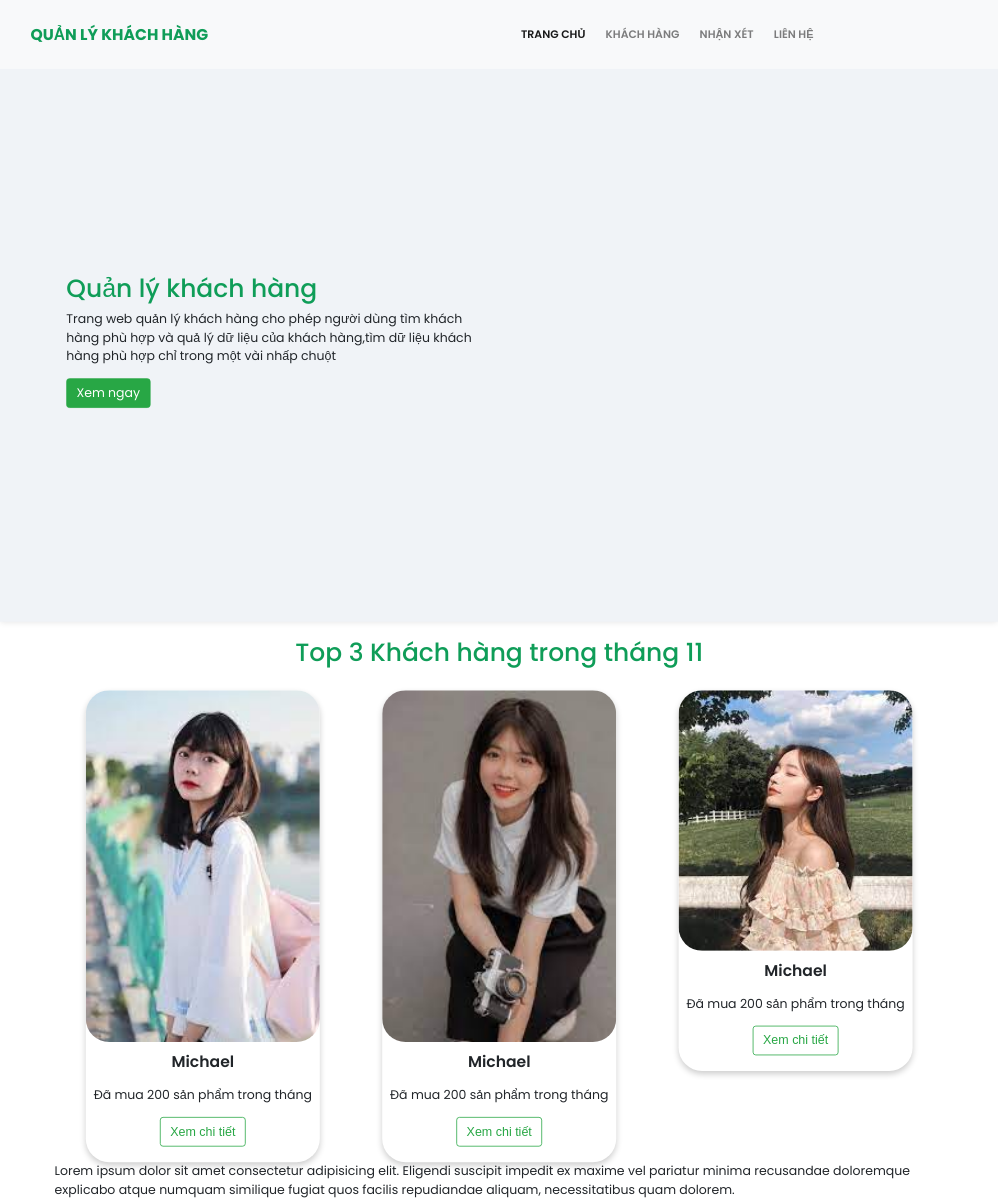
Repository: huutien1904/bt2-ltw
Page: index.html
The author's editor kept a copy of each file at every save. The page is drawn from the files as they stood at one save, then again after the next save.
The browser window is 1280 px wide. The pictures show the whole page, at 78% of full size.

Above is the page before, as saved 2021-11-04 09:06:04.

After the next save:
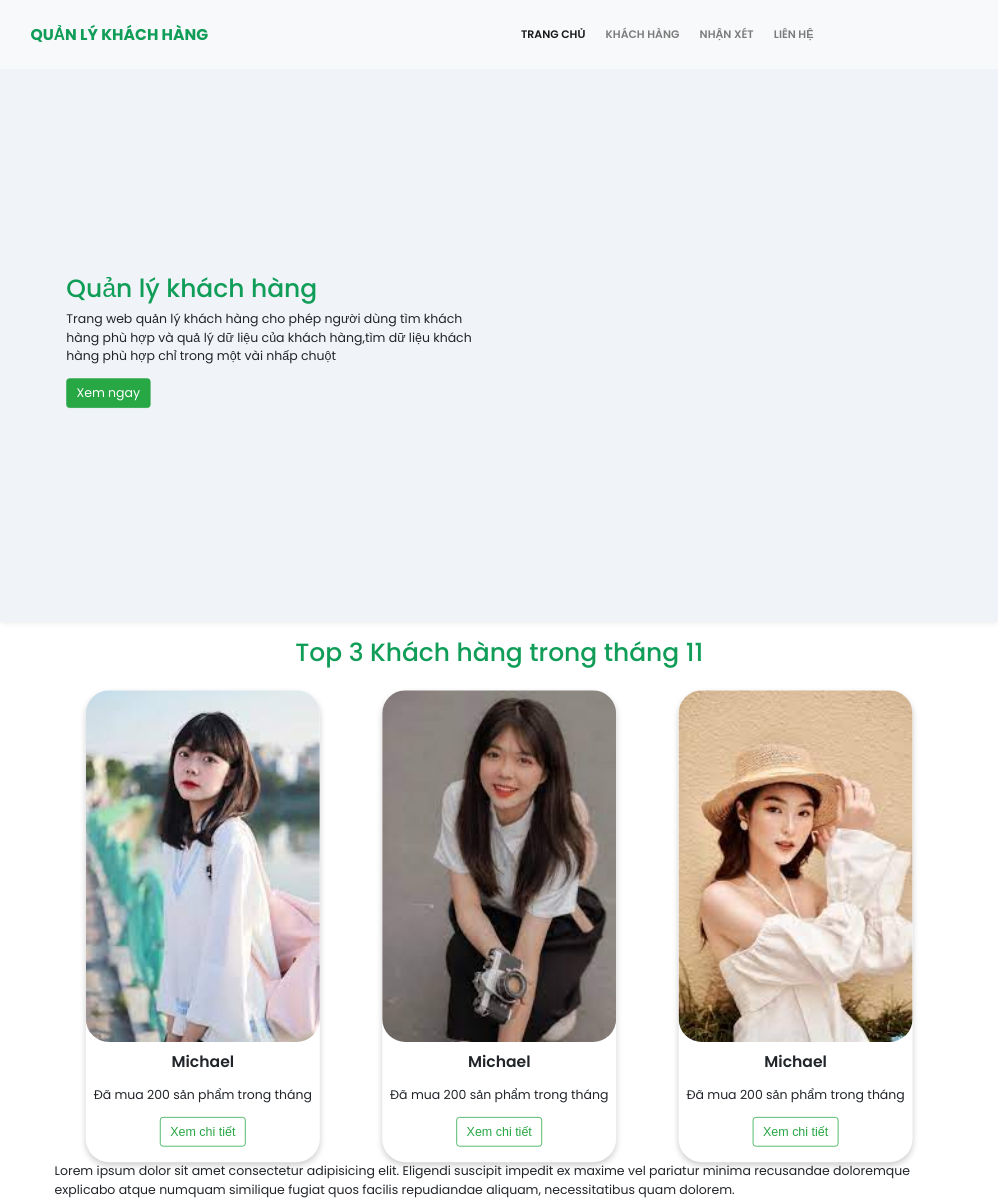
Saved 34 s later.
--- a/index.html
+++ b/index.html
@@ -123,7 +123,7 @@
         </div>
         <div class="col-md-4 col-sm-12">
           <div class="customer_top">
-            <img src="./img/tải xuống (3).jpg" alt="Denim Jeans" style="width:100%">
+            <img src="./img/tải xuống (4).jpg" alt="Denim Jeans" style="width:100%">
             <p class="customer_top-name">Michael</p>
             <p>Đã mua 200 sản phẩm trong tháng</p>
             <button type="button " class="btn btn-outline-success btn_des">Xem chi tiết</button>
